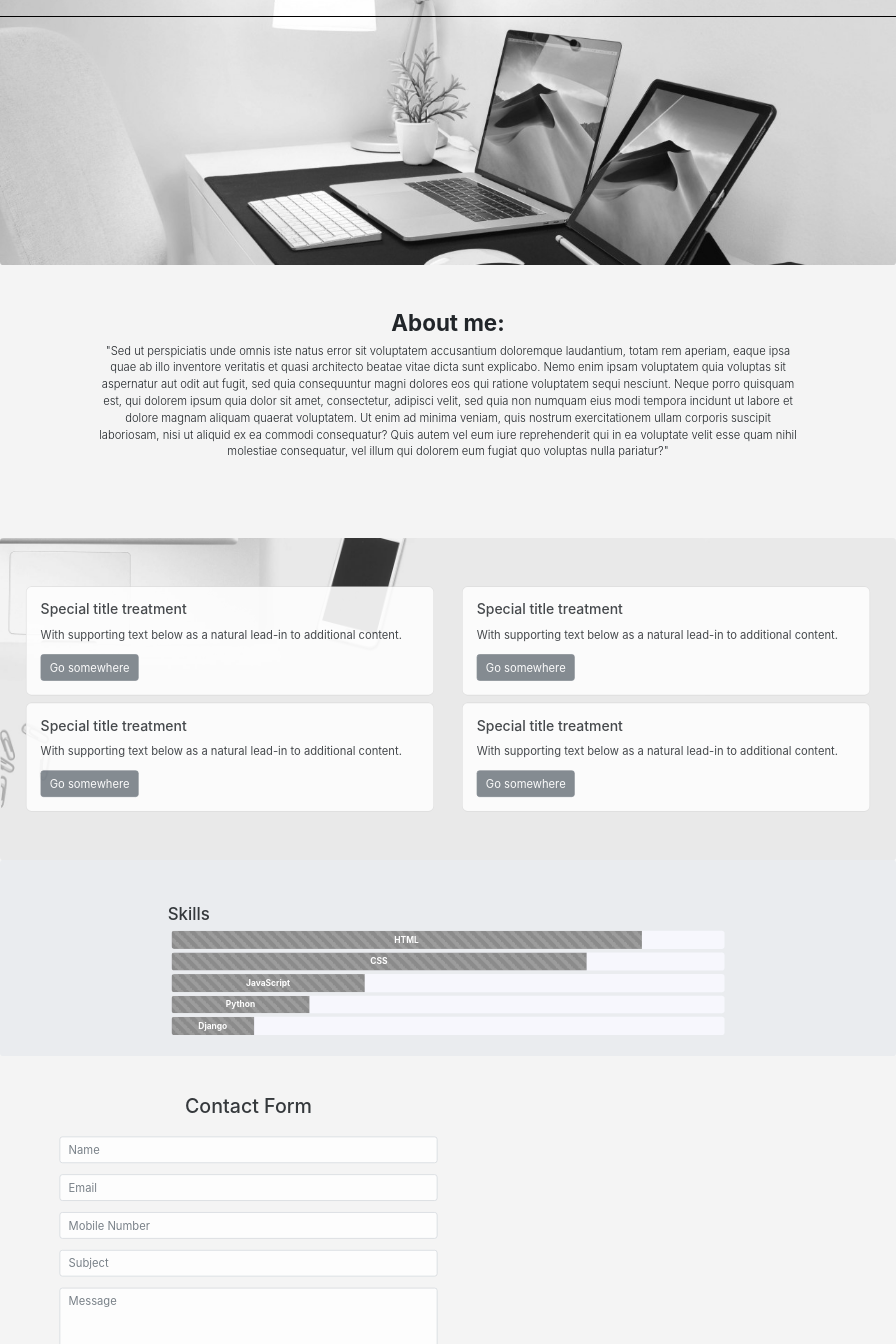
Repository: AlenKrga/milestone01
Page: index.html
The author's editor kept a record of every edit. The page is drawn from the files as they stood at one moment, then again after the next edit.
The browser window is 1280 px wide. The pictures show the part of the page from y = 342 to 2262 px (the page is 2617 px tall), at 70% of full size.
Backgrounds fixed to the window are drawn as part of the page. Some web libraries are served in a nearby version.

Above is the page before.

### index.html
<!doctype html>
<html lang="en-US">
  <head>
    <!-- Required meta tags -->
    <meta charset="utf-8">
    <meta name="viewport" content="width=device-width, initial-scale=1.0">
    <meta http-equiv="X-UA-Compatible" content="ie=edge">
    <!-- Bootstrap CSS -->
    <link rel="stylesheet" href="https://maxcdn.bootstrapcdn.com/bootstrap/4.0.0/css/bootstrap.min.css" integrity="sha384-Gn5384xqQ1aoWXA+058RXPxPg6fy4IWvTNh0E263XmFcJlSAwiGgFAW/dAiS6JXm" crossorigin="anonymous">
     <link href="assets/css/style.css" rel="stylesheet">
    <title>Hello, world!</title>
  </head>
  <body>
      <header>
       <!-- Navbar -->

    <nav class="navbar fixed-top navbar-expand-lg navbar-light bg-light navbar-default fixed-top">
        <div class="container">
            <a class="navbar-brand" href="index.html">BRAND NAME</a>
            <button class="navbar-toggler navbar-toggler-right" type="button" data-toggle="collapse" data-target="#navbarResponsive" aria-controls="navbarResponsive" aria-expanded="false" aria-label="Toggle navigation">
            <span class="navbar-toggler-icon"></span>
          </button>
            <div class="collapse navbar-collapse" id="navbarResponsive">
                <ul class="navbar-nav ml-auto">
                    <li class="nav-item">
                        <a class="text-secondary" href="index.html">Home</a>
                    </li>
                    <li class="nav-item">
                        <a class="text-secondary" href="#about-me">About</a>
                    </li>
                    <li class="nav-item">
                        <a class="text-secondary" href="#work">Work</a>
                    </li>
                    <li class="nav-item">
                        <a class="text-secondary" href="#skills">Skills</a>
                    </li>
                    <li class="nav-item">
                        <a class="text-secondary" href="#contact">Contact</a>
                    </li>
                    <li class="nav-item">
                        <a class="text-secondary" href="#">CV</a>
                    </li>
                </ul>
            </div>
        </div>
    </nav>

    <!--End Navbar-->
         </header>
   <!-- Page Content -->
   <!-- Introduction -->

    <div class="container-fluid jumbotron" id="background-position1">
        <br>
        <br>
        <br>
        <br>
        <br>
        <br>
        <div class="introduction">
        <h1 class="text-center font-weight-bold">Name Name</h1>
        <p class="text-center font-weight-light">Full-Stack Software Developer</p>
        </div>
      </div>


    <!-- ABOUT ME -->

    <div class="container-fluid jumbotron bg-transparent">
        <div class="row justify-content-center">
        <div class="col-sm-10">
        <div id="about-me">
        <h2 class="text-center font-weight-bold"> About me:</h2>
        <p class="text-center font-weight-light">"Sed ut perspiciatis unde omnis iste natus error sit voluptatem accusantium doloremque laudantium, totam rem aperiam, eaque ipsa quae ab illo inventore veritatis et quasi architecto beatae vitae dicta sunt explicabo. Nemo enim ipsam voluptatem quia voluptas sit aspernatur aut odit aut fugit, sed quia consequuntur magni dolores eos qui ratione voluptatem sequi nesciunt. Neque porro quisquam est, qui dolorem ipsum quia dolor sit amet, consectetur, adipisci velit, sed quia non numquam eius modi tempora incidunt ut labore et dolore magnam aliquam quaerat voluptatem. Ut enim ad minima veniam, quis nostrum exercitationem ullam corporis suscipit laboriosam, nisi ut aliquid ex ea commodi consequatur? Quis autem vel eum iure reprehenderit qui in ea voluptate velit esse quam nihil molestiae consequatur, vel illum qui dolorem eum fugiat quo voluptas nulla pariatur?"</p>
        </div>
        </div>
        </div>
    </div>


    <!-- Work -->

    <div id="work">
    <div class="container-fluid jumbotron mb-0" id="background-position2">



  <div class="row">
  <div class="col-sm-6">
    <div class="card">
      <div class="card-body">
        <h5 class="card-title">Special title treatment</h5>
        <p class="card-text">With supporting text below as a natural lead-in to additional content.</p>
        <a href="#" class="btn btn-secondary">Go somewhere</a>
      </div>
    </div>
  </div>
  <div class="col-sm-6">
    <div class="card">
      <div class="card-body">
        <h5 class="card-title">Special title treatment</h5>
        <p class="card-text">With supporting text below as a natural lead-in to additional content.</p>
        <a href="#" class="btn btn-secondary">Go somewhere</a>
      </div>
    </div>
  </div>
</div>
  <div class="row">
  <div class="col-sm-6">
    <div class="card">
      <div class="card-body">
        <h5 class="card-title">Special title treatment</h5>
        <p class="card-text">With supporting text below as a natural lead-in to additional content.</p>
        <a href="#" class="btn btn-secondary">Go somewhere</a>
      </div>
    </div>
  </div>
  <div class="col-sm-6">
    <div class="card">
      <div class="card-body">
        <h5 class="card-title">Special title treatment</h5>
        <p class="card-text">With supporting text below as a natural lead-in to additional content.</p>
        <a href="#" class="btn btn-secondary">Go somewhere</a>
      </div>
    </div>
  </div>
</div>
    </div>


    <!-- My Progress -->
<div id="skills">

<div class="container-fluid jumbotron">
    <div class="row justify-content-center">
  <div class="col-sm-8">
    <h4>
        Skills
    </h4>
<div class="progress">
  <div class="progress-bar progress-bar-striped progress-bar-animated" role="progressbar" style="width: 85%" aria-valuenow="10" aria-valuemin="0" aria-valuemax="100">HTML</div>
</div>
<div class="progress">
  <div class="progress-bar progress-bar-striped progress-bar-animated" role="progressbar" style="width: 75%" aria-valuenow="25" aria-valuemin="0" aria-valuemax="100">CSS</div>
</div>
<div class="progress">
  <div class="progress-bar progress-bar-striped progress-bar-animated" role="progressbar" style="width: 35%" aria-valuenow="50" aria-valuemin="0" aria-valuemax="100">JavaScript</div>
</div>
<div class="progress">
  <div class="progress-bar progress-bar-striped progress-bar-animated" role="progressbar" style="width: 25%" aria-valuenow="75" aria-valuemin="0" aria-valuemax="100">Python</div>
</div>
<div class="progress">
  <div class="progress-bar progress-bar-striped progress-bar-animated" role="progressbar" style="width: 15%" aria-valuenow="100" aria-valuemin="0" aria-valuemax="100">Django</div>
</div>
</div>
</div>
    </div>
        </div>

<!-- contact me -->
<div id="contact">


    <div class="container">
        <div class="row">
<div class="col-sm-6">
    <div class="form-area">
        <form role="form">
        <br style="clear:both">
                    <h3 style="margin-bottom: 25px; text-align: center;">Contact Form</h3>
    				<div class="form-group">
						<input type="text" class="form-control" id="name" name="name" placeholder="Name" required>
					</div>
					<div class="form-group">
						<input type="text" class="form-control" id="email" name="email" placeholder="Email" required>
					</div>
					<div class="form-group">
						<input type="text" class="form-control" id="mobile" name="mobile" placeholder="Mobile Number" required>
					</div>
					<div class="form-group">
						<input type="text" class="form-control" id="subject" name="subject" placeholder="Subject" required>
					</div>
                    <div class="form-group">
                    <textarea class="form-control" type="textarea" id="message" placeholder="Message" maxlength="140" rows="7"></textarea>
                        <br>
                     <button type="button" id="submit" name="submit" class="btn btn-secondary pull-right">Submit Form</button>
                    </div>


        </form>
    </div>

    </div>
</div>
    </div>

 <!-- footer -->
    <footer>
    <div class="container-fluid jumbotron mb-0">
    <div class="row justify-content-center">
  <div class="col-">
    <i class="fab fa-facebook fa-3x"></i>
      <i class="fab fa-linkedin fa-3x"></i>
      <i class="fas fa-file-download fa-3x"></i>
        </div>
    </div>
    </div>


</footer>


    <!-- Optional JavaScript -->
    <!-- jQuery first, then Popper.js, then Bootstrap JS -->
    <script src="https://code.jquery.com/jquery-3.2.1.slim.min.js" integrity="sha384-KJ3o2DKtIkvYIK3UENzmM7KCkRr/rE9/Qpg6aAZGJwFDMVNA/GpGFF93hXpG5KkN" crossorigin="anonymous"></script>
    <script src="https://cdnjs.cloudflare.com/ajax/libs/popper.js/1.12.9/umd/popper.min.js" integrity="sha384-ApNbgh9B+Y1QKtv3Rn7W3mgPxhU9K/ScQsAP7hUibX39j7fakFPskvXusvfa0b4Q" crossorigin="anonymous"></script>
    <script src="https://maxcdn.bootstrapcdn.com/bootstrap/4.0.0/js/bootstrap.min.js" integrity="sha384-JZR6Spejh4U02d8jOt6vLEHfe/JQGiRRSQQxSfFWpi1MquVdAyjUar5+76PVCmYl" crossorigin="anonymous"></script>
    <script src="https://kit.fontawesome.com/89bab4cfa2.js"></script>
  </body>
</html>

### assets/css/style.css
body {
    margin: 0;
    padding: 0;
    background-color: #f4f4f4;
}



/*links*/
a {
    padding-right: 5px;
}


.introduction {
    background-color: whitesmoke;
    border-radius: 8px;
    opacity: 0.90;
    box-shadow: 4px 9px 12px 0px rgba(0,0,0,0.18);

}

#background-position1 {
    background-image: url("images/bg1.jpg");
    background-attachment: fixed;
    background-size: cover;
    background-position: center center;
    background-repeat: no-repeat;
    height: 100vh;
    margin-bottom: 0px;
    z-index: 1;
}

#background-position2 {
    background-image: url("bg3.jpg");
     background-attachment: fixed;
    background-size: cover;
    background-position: center center;
    background-repeat: no-repeat;



}





#work {
    background-color: whitesmoke;
    border-radius: 8px;
    opacity: 0.90;




}


/*progres*/


.progress {
    margin: 5px;
    background-color: ghostwhite;
    height: 17%;
    font-weight: bold;
}

.progress-bar {
    background-color: gray;

}

.card {
    opacity: 0.90;
    border-radius: 8px;
    margin: 5px;
}

After the next edit:
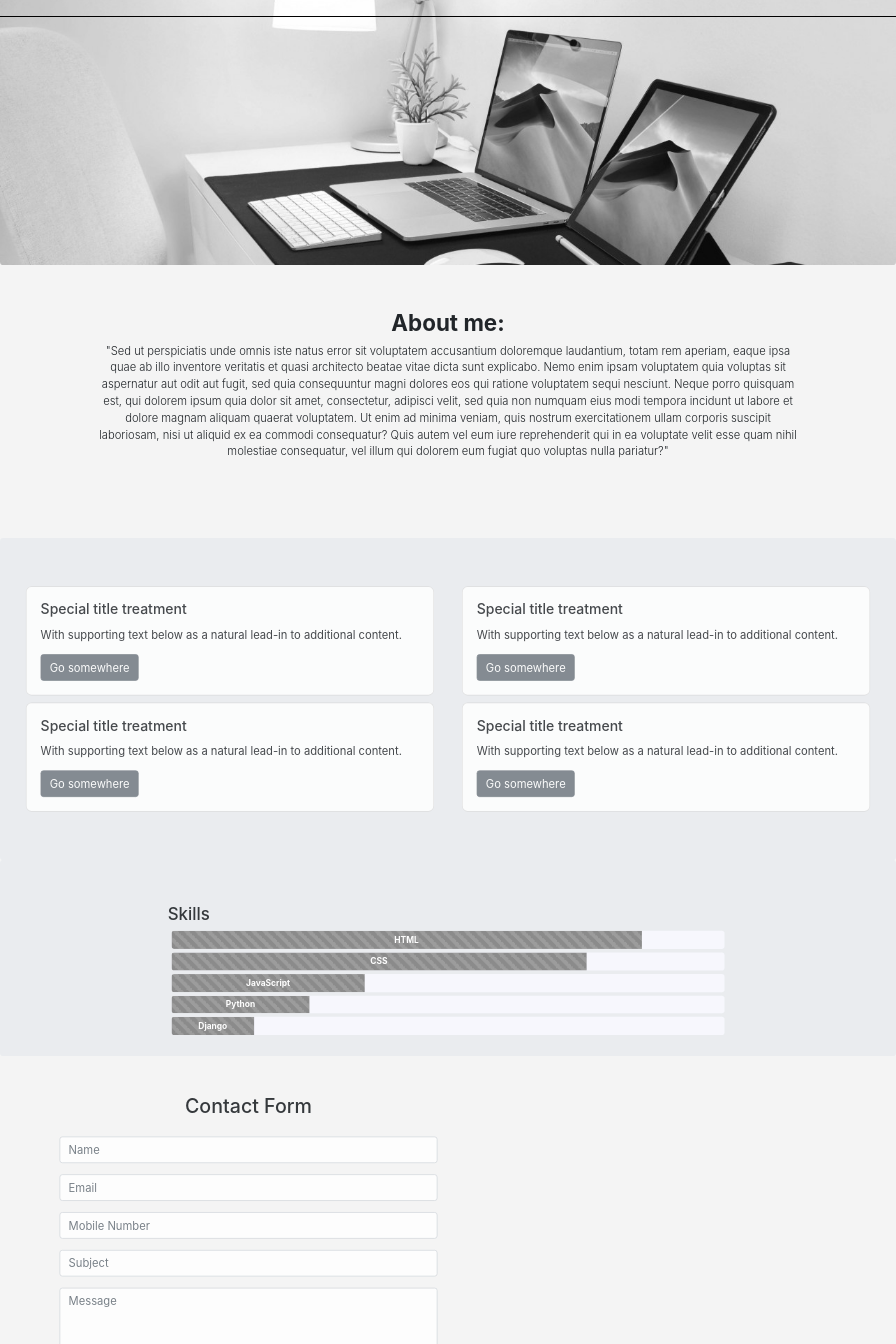
Not found: assets/css/assets/images/bg3.jpg
The edit:
--- a/assets/css/style.css
+++ b/assets/css/style.css
@@ -32,7 +32,7 @@
 }
 
 #background-position2 {
-    background-image: url("bg3.jpg");
+    background-image: url("assets/images/bg3.jpg");
      background-attachment: fixed;
     background-size: cover;
     background-position: center center;

After the 2 edits that followed:
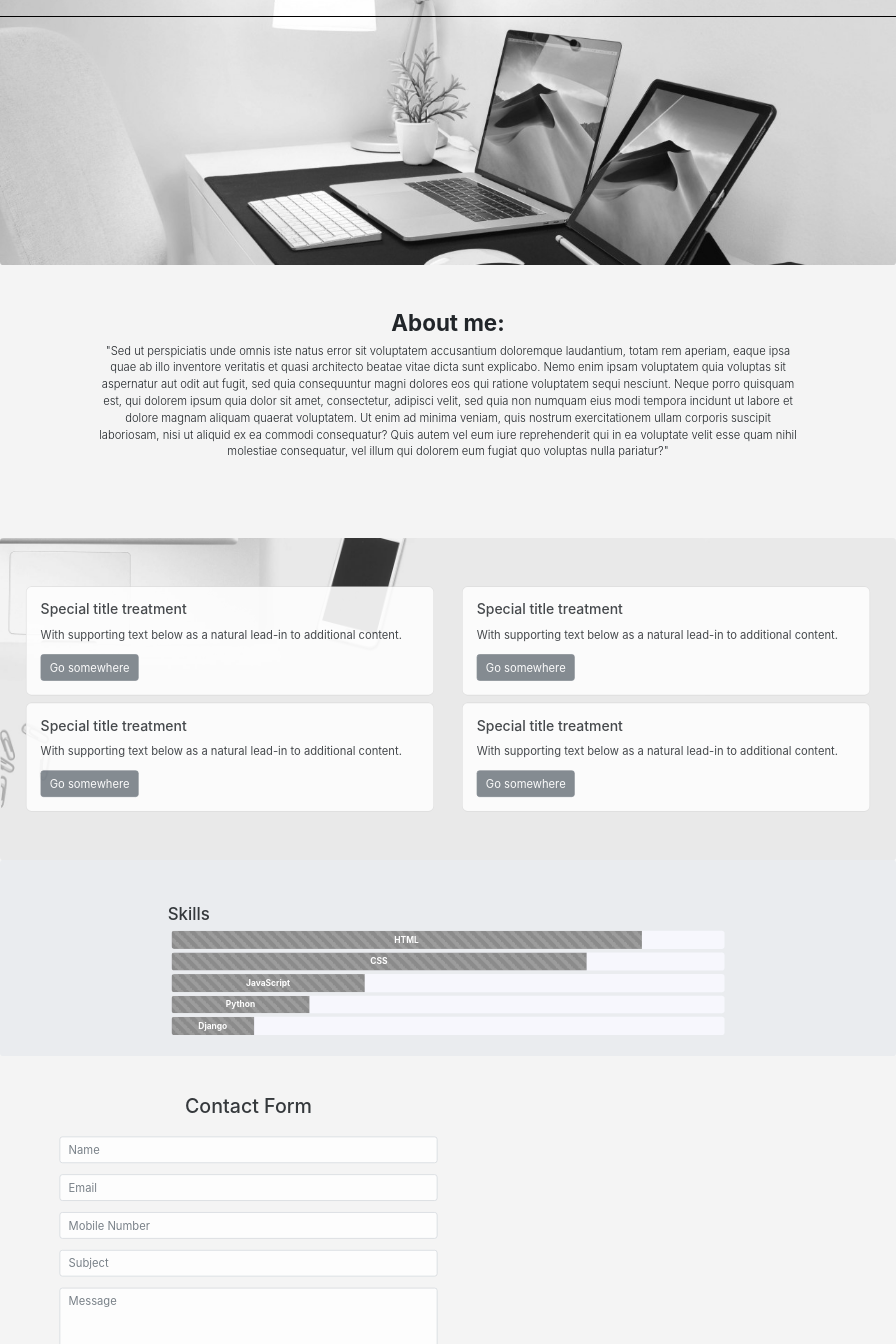
The 2 edits are shown as one change because 1 left the picture as it was.
The edit:
--- a/assets/css/style.css
+++ b/assets/css/style.css
@@ -21,7 +21,7 @@
 }
 
 #background-position1 {
-    background-image: url("images/bg1.jpg");
+    background-image: url("../images/bg1.jpg");
     background-attachment: fixed;
     background-size: cover;
     background-position: center center;
@@ -32,7 +32,7 @@
 }
 
 #background-position2 {
-    background-image: url("assets/images/bg3.jpg");
+    background-image: url("../images/bg3.jpg");
      background-attachment: fixed;
     background-size: cover;
     background-position: center center;
